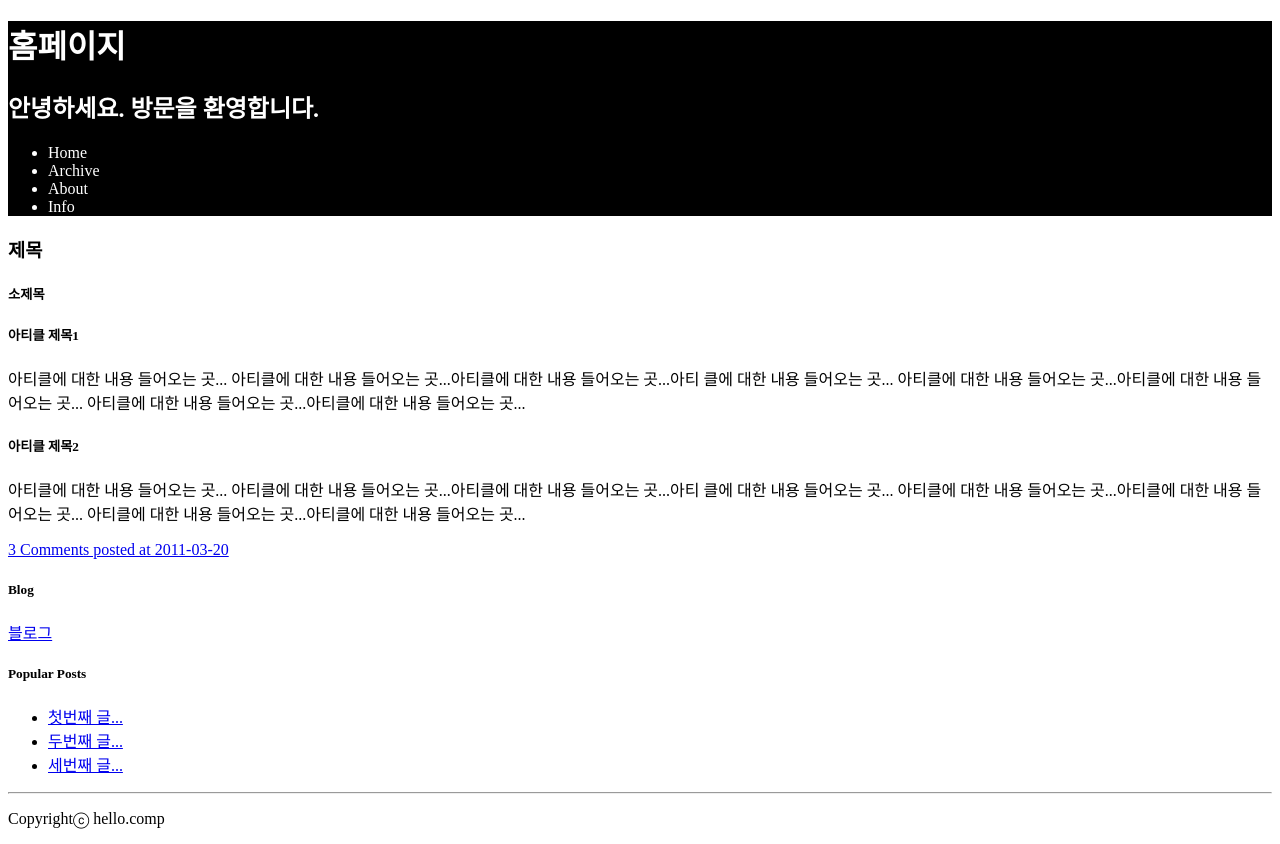
Repository: harin1212/PDA-frontend
Page: 김하린_0728_2/hw2.html
The author's editor kept a copy of each file at every save. The page is drawn from the files as they stood at one save, then again after the next save.
The browser window is 1280 px wide. The pictures show the whole page.

Above is the page before, as saved 2023-07-28 17:11:36.

After the next save:
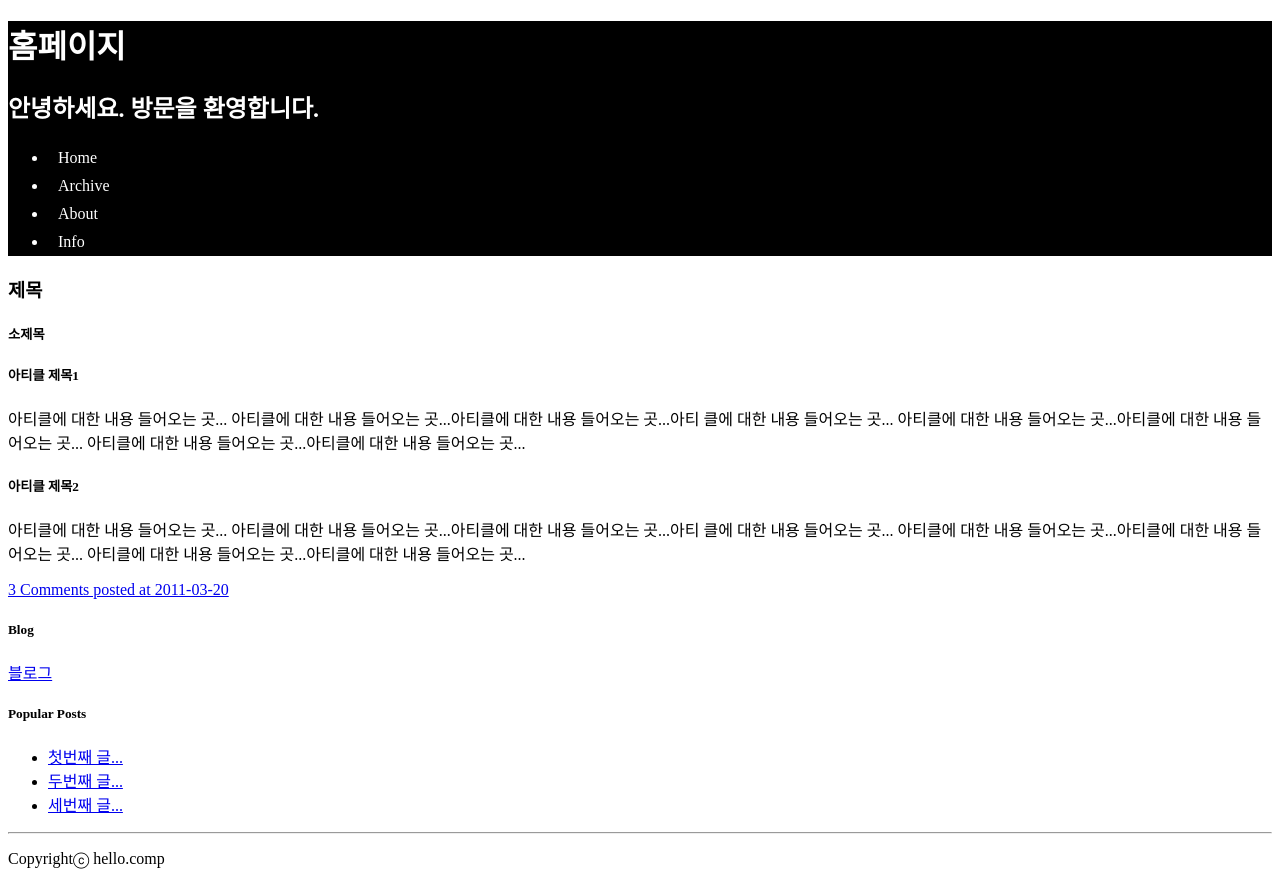
Saved 15 s later.
--- a/김하린_0728_2/style/hw2.css
+++ b/김하린_0728_2/style/hw2.css
@@ -8,4 +8,6 @@ header nav ul li a{
     color : white;
     text-decoration: none;
     display: inline-block;
+    padding: 5px 10px;
+    margin-right: 10px;
 }
